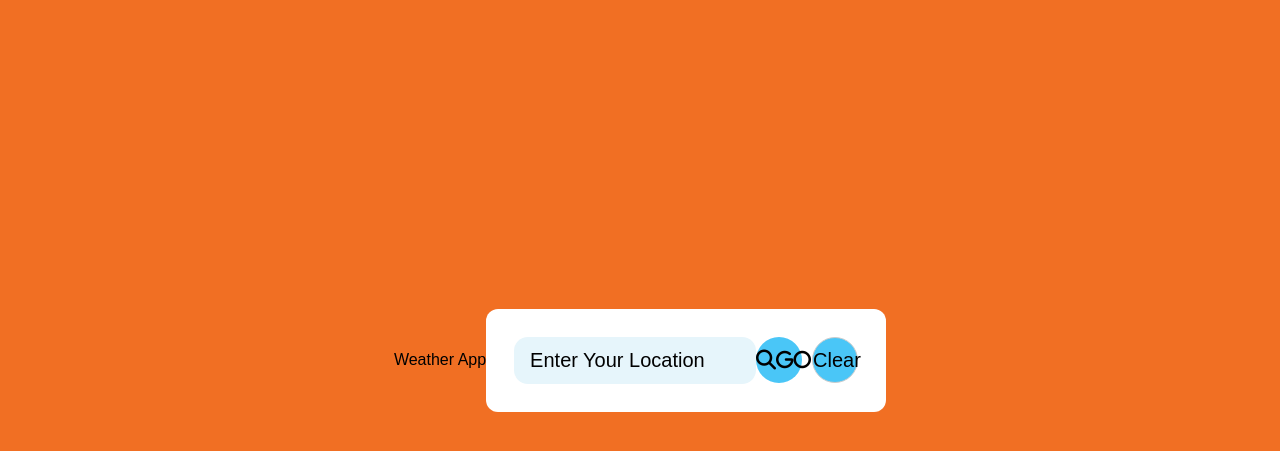
Repository: kapucuonur/weather-app
Page: index.html
The author's editor kept a copy of each file at every save. The page is drawn from the files as they stood at one save, then again after the next save.
The browser window is 1280 px wide. The pictures show the whole page.
Some web libraries are served in a nearby version.

Above is the page before, as saved 2024-11-16 15:33:01.

### index.html
<!DOCTYPE html>
<html lang="en">
<head>
    <meta charset="UTF-8">
    <meta http-equiv="X-UA-Compatible" content="IE=edge">
    <meta name="viewport" content="width=device-width, initial-scale=1.0">
    <title>Weather App With JavaScript</title>
    <link rel="stylesheet" href="style.css">

</head>
<div>
    <p>Weather App</p>
</div>
<body>

    <div class="container">

        <div class="header">
            <div class="search-box">
                <input type="text" placeholder="Enter your location" class="input-box">
                <button class="fa-solid fa-magnifying-glass" id="searchBtn">Go</button>
                <!-- Clear button added here -->
                <button class="clear-btn" id="clearBtn">Clear</button>
            </div>

        </div>

        <div class="location-not-found">
            <h1>Sorry, Location not found!!!</h1>
            <img src="/assets/404.png" alt="404 Error">
        </div>

        <div class="weather-body">
            <img src="/assets/cloud.png" alt="Weather Image" class="weather-img">

            <div class="weather-box">
                <p class="temperature">0 <sup>°C</sup></p>
                <p class="description">light rain</p>
            </div>

            <div class="weather-details">
                <div class="humidity">
                    <i class="fa-sharp fa-solid fa-droplet"></i>
                    <div class="text">
                        <span id="humidity">45%</span>
                        <p>Humidity</p>
                    </div>
                </div>

                <div class="wind">
                    <i class="fa-solid fa-wind"></i>
                    <div class="text">
                        <span id="wind-speed">12Km/H</span>
                        <p>Wind Speed</p>
                    </div>
                </div>
            </div>
        </div>
    </div>


    <script src="script.js"></script>
    <script src="https://kit.fontawesome.com/595a890311.js" crossorigin="anonymous"></script>
</body>
</html>

### style.css
*{
    margin: 0;
    padding: 0;
    box-sizing: border-box;
    border: none;
    outline: none;
    font-family: sans-serif;
}

body{
    min-height: 100vh;
    display: flex;
    justify-content: center;
    align-items: center;
    background-color: #f16f23;
}

.container{
    width: 400px;
    height: min-content;
    background-color: #fff;
    border-radius: 12px;
    padding: 28px;
}

.search-box{
    width: 100%;
    height: min-content;
    display: flex;
    justify-content: space-between;
    align-items: center;
}

.search-box input{
    width: 84%;
    font-size: 20px;
    text-transform: capitalize;
    color: #000;
    background-color: #e6f5fb;
    padding: 12px 16px;
    border-radius: 14px;
}

.search-box input::placeholder{
    color: #000;
}
.clear-btn {
    width: 46px;
    height: 46px;
    background-color: #e6f5fb;
    border-radius: 50%;
    cursor: pointer;
    font-size: 20px;
    border: 1px solid #ccc;
    margin-left: 10px; /* Input kutusu ile arasında boşluk bırak */
}

.clear-btn:hover {
    color: #fff;
    background-color: #ababab;
}


.search-box button{
    width: 46px;
    height: 46px;
    background-color: #4ac6f7;
    border-radius: 50%;
    cursor: pointer;
    font-size: 20px;
}

.search-box button:hover{
    color: #fff;
    background-color: #f20c0c;
}

.weather-body{
    justify-content: center;
    align-items: center;
    flex-direction: column;
    margin-block: 20px;
    display: none;
}
.weather-body img{
    width: 60%;
}

.weather-box{
    margin-block: 20px;
    text-align: center;
}

.weather-box .temperature{
    font-size: 40px;
    font-weight: 800;
    position: relative;
}

.weather-box .temperature sup{
    font-size: 20px;
    position: absolute;
    font-weight: 600;
}

.weather-box .description{
    font-size: 20px;
    font-weight: 700;
    text-transform: capitalize;
}

.weather-details{
    width: 100%;
    display: flex;
    justify-content: space-between;
    margin-top: 30px;
}

.humidity, .wind{
    display: flex;
    align-items: center;
}

.humidity{
    margin-left: 20px;
}

.wind{
    margin-right: 20px;
}

.weather-details i{
    font-size: 36px;
}

.weather-details .text{
    margin-left: 10px;
    font-size: 16px;
}

.text span{
    font-size: 20px;
    font-weight: 700;
}

.location-not-found{
    margin-top: 20px;
    display: none;
    align-items: center;
    justify-content: center;
    flex-direction: column;
}

.location-not-found h1{
    font-size: 20px;
    color: #6b6b6b;
    margin-block-end: 15px;
}
.location-not-found img{
    width: 80%;
}

### script.js
const inputBox = document.querySelector('.input-box');
const searchBtn = document.getElementById('searchBtn');
const clearBtn = document.getElementById('clearBtn'); // Clear button element
const weather_img = document.querySelector('.weather-img');
const temperature = document.querySelector('.temperature');
const description = document.querySelector('.description');
const humidity = document.getElementById('humidity');
const wind_speed = document.getElementById('wind-speed');

const location_not_found = document.querySelector('.location-not-found');
const weather_body = document.querySelector('.weather-body');

async function checkWeather(city) {
    const api_key = "YOUR_API_KEY"; // Your API key
    const url = `https://api.openweathermap.org/data/2.5/weather?q=${city}&appid=${api_key}`;

    const weather_data = await fetch(`${url}`).then(response => response.json());

    if (weather_data.cod === "404") {
        location_not_found.style.display = "flex";
        weather_body.style.display = "none";
        console.log("Location not found");
        return;
    }

    location_not_found.style.display = "none";
    weather_body.style.display = "flex";

    // Update weather data
    temperature.innerHTML = `${Math.round(weather_data.main.temp - 273.15)}°C`;
    description.innerHTML = `${weather_data.weather[0].description}`;
    humidity.innerHTML = `${weather_data.main.humidity}%`;
    wind_speed.innerHTML = `${weather_data.wind.speed} Km/H`;

    // Set the weather image based on the condition
    switch (weather_data.weather[0].main) {
        case 'Clouds':
            weather_img.src = "/assets/cloud.png";
            break;
        case 'Clear':
            weather_img.src = "/assets/clear.png";
            break;
        case 'Rain':
            weather_img.src = "/assets/rain.png";
            break;
        case 'Mist':
            weather_img.src = "/assets/mist.png";
            break;
        case 'Snow':
            weather_img.src = "/assets/snow.png";
            break;
    }
}

// Search button event listener
searchBtn.addEventListener('click', () => {
    checkWeather(inputBox.value);
});

// Clear button event listener
clearBtn.addEventListener('click', () => {
    inputBox.value = ''; // Clear the input box
    location_not_found.style.display = "none"; // Hide the "location not found" message
    weather_body.style.display = "none"; // Hide the weather details
});

After the next save:
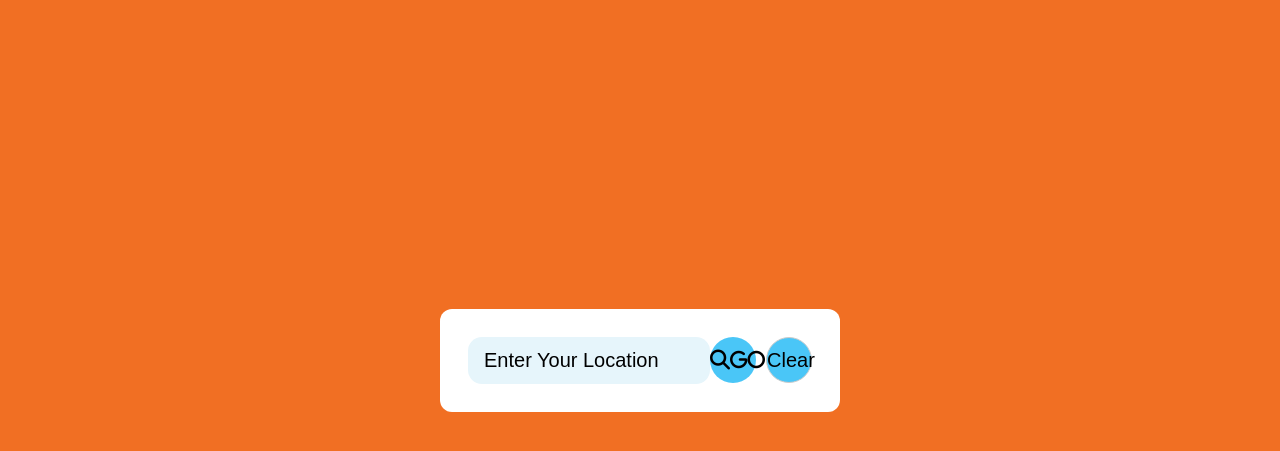
Saved 53 s later.
--- a/index.html
+++ b/index.html
@@ -8,9 +8,7 @@
     <link rel="stylesheet" href="style.css">
 
 </head>
-<div>
-    <p>Weather App</p>
-</div>
+
 <body>
 
     <div class="container">
